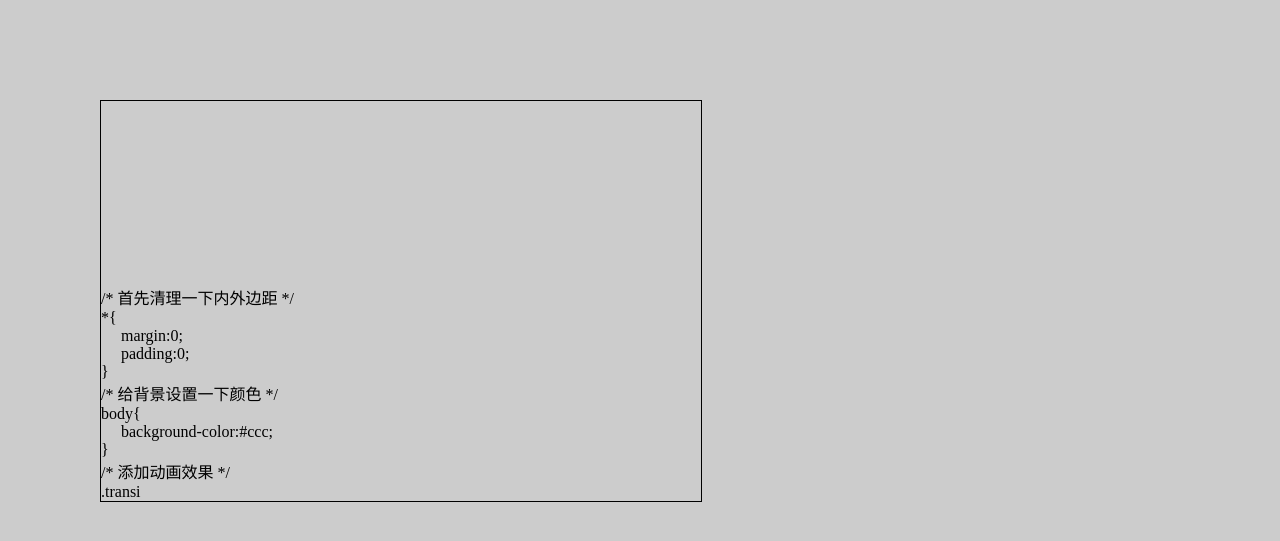
Repository: ScarApocalypse/study
Page: 一些想法/test.html
These files come from the project's save history. The page is drawn as it stood at one moment and after the next save; the edit follows.
The browser window is 1280 px wide. The pictures show the whole page.

Above is the page before, as saved 2019-08-02 02:06:21.

After the next save:
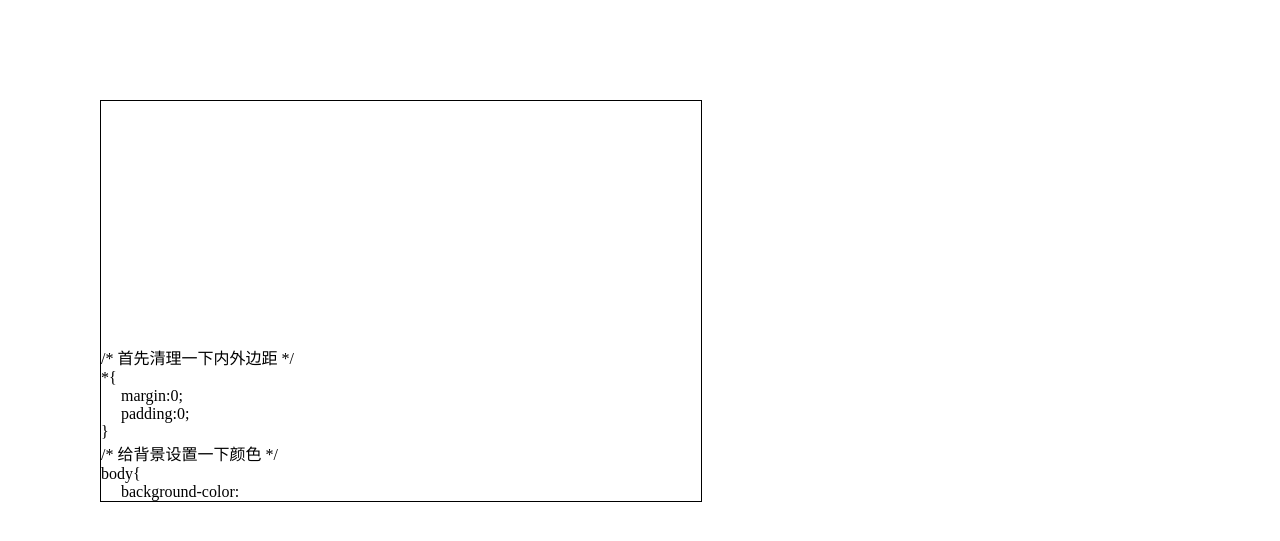
Saved 104 s later.
--- a/一些想法/test.html
+++ b/一些想法/test.html
@@ -107,6 +107,7 @@
     <div class="box2 transition">
 
     </div>
+
     <script src="https://cdn.bootcss.com/jquery/3.4.1/jquery.min.js"></script>
     <!-- <script src="https://cdn.bootcss.com/jquery-resize/1.1/jquery.ba-resize.min.js"></script> -->
     <script>
@@ -119,7 +120,7 @@
         console.log(style);
         var reg = /[{};]/;
         var str =
-            '/* 首先清理一下内外边距 */*{margin:0;padding:0;}/* 给背景设置一下颜色 */body{background-color:#ccc;}/* 添加动画效果 */.transition{transition:all 0.5s;}/* 首先画一个红色的球 */.box1{width:100px;height:100px;background-color:red;border-radius:50%;position:absolute;top:400px;left:400px;}/* 然后画一个黄色的球 */.box2{width: 100px;height: 100px;background-color:yellow;top:300px;left:300px;border-radius:50%;}/* 淦,感觉自己好low啊 */.box1{left:600px; width:200px;height:200px;}.box2{left:900px;top:100px;width:150px;height:150px;};';
+            '/* 首先清理一下内外边距 */*{margin:0;padding:0;}/* 给背景设置一下颜色 */<span class="red">body</span>{background-color:#ccc;}/* 添加动画效果 */.transition{transition:all 0.5s;}/* 首先画一个红色的球 */.box1{width:100px;height:100px;background-color:red;border-radius:50%;position:absolute;top:400px;left:400px;}/* 然后画一个黄色的球 */.box2{width: 100px;height: 100px;background-color:yellow;top:300px;left:300px;border-radius:50%;}/* 淦,感觉自己好low啊 */.box1{left:600px; width:200px;height:200px;}.box2{left:900px;top:100px;width:150px;height:150px;};';
         var styleStr = '';
         var showStr = '';
         // var chat="1";
